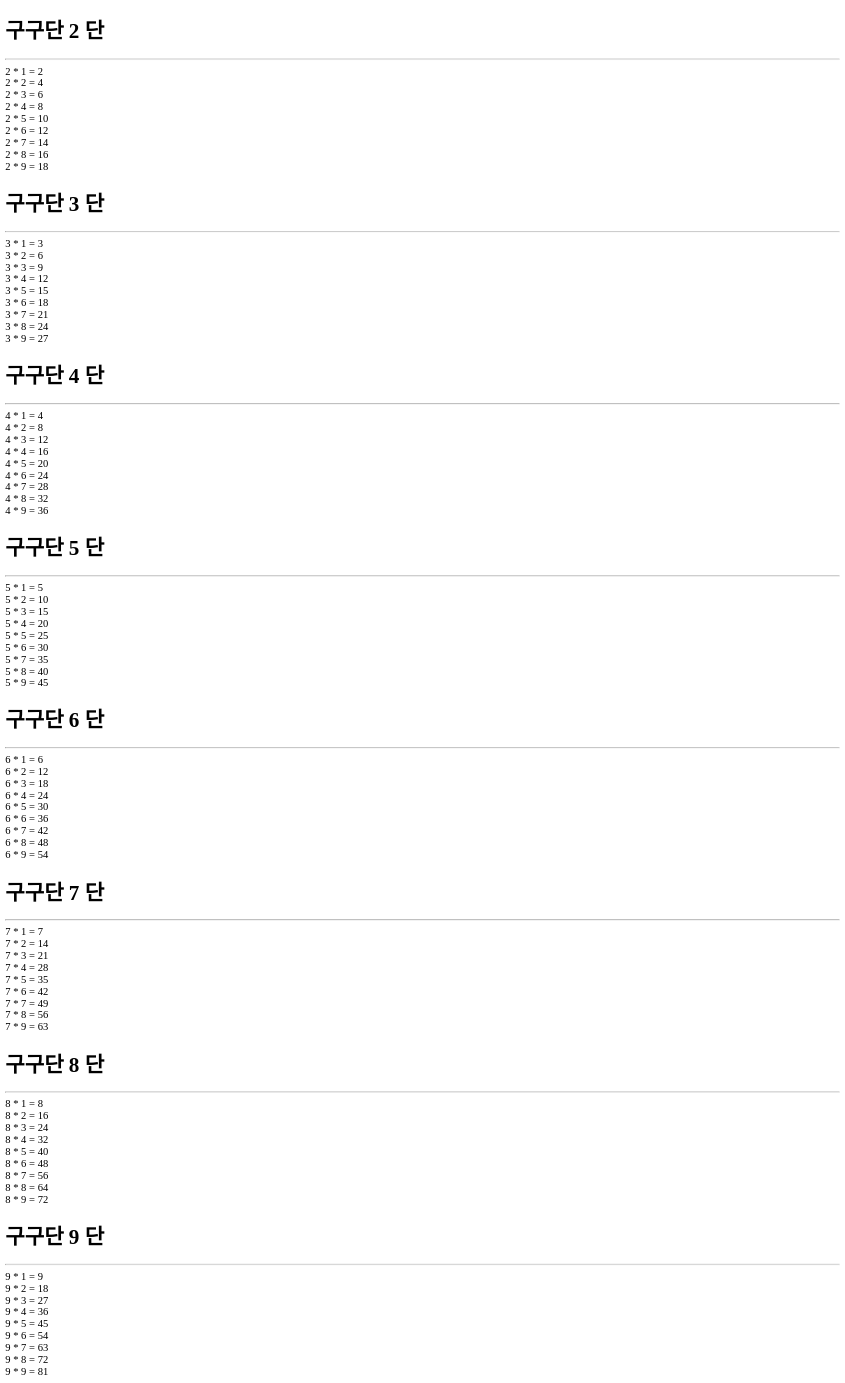
Repository: GITJIWOO/JavaBasic
Page: http://localhost/JSPBasic/gugudan.jsp
These files come from the project's save history. The page is drawn as it stood at one moment and after the next save; the edit follows.
The browser window is 1280 px wide. The pictures show the whole page, at 66% of full size.
The page is served by Tomcat 9.

Above is the page before, as saved 2021-07-29 03:26:24.

After the next save:
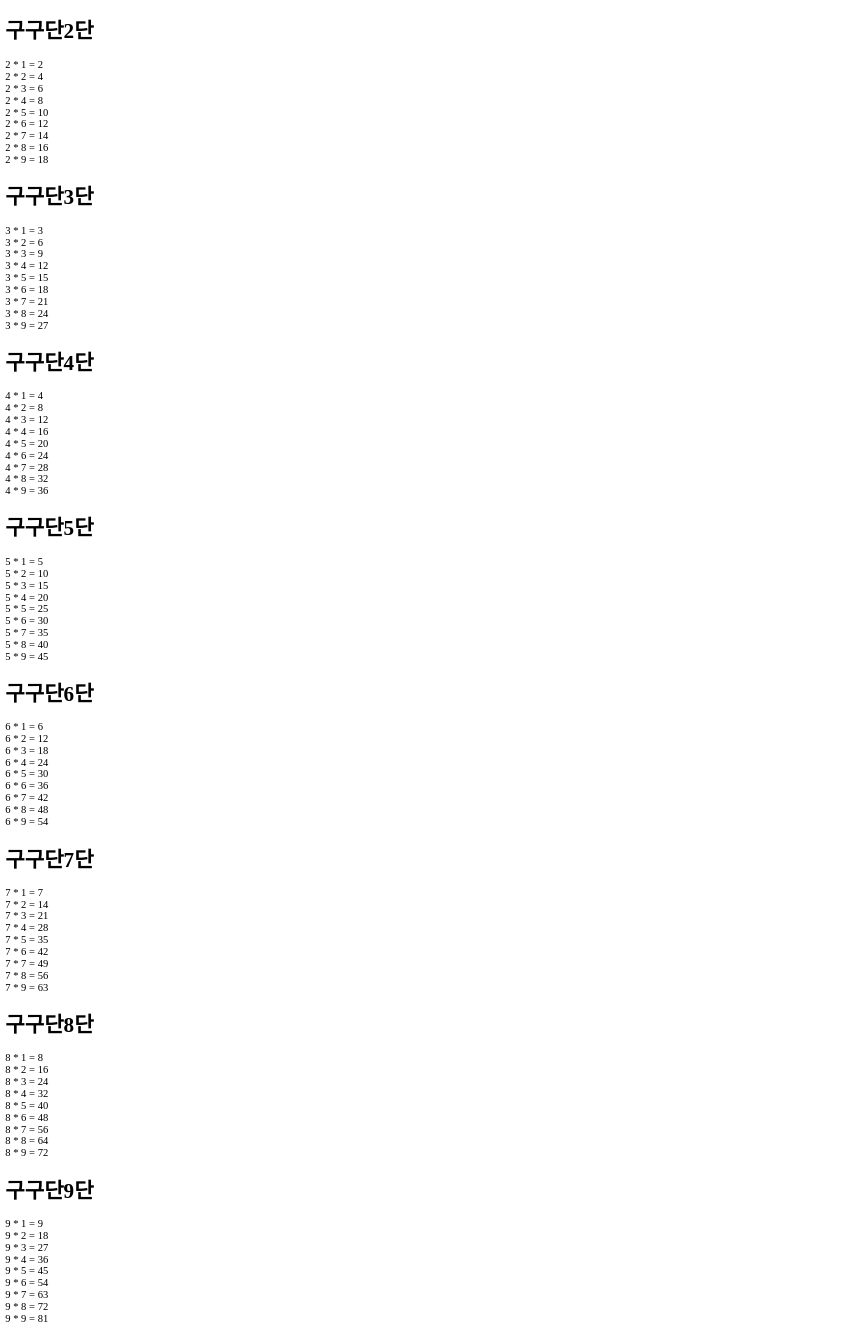
Saved 11 min 35 s later.
--- a/JSPBasic/WebContent/gugudan.jsp
+++ b/JSPBasic/WebContent/gugudan.jsp
@@ -9,10 +9,7 @@
 <body>
 	<%
 	for(int i = 2; i <= 9; i++) {
-	%>
-	<h1>구구단 <% out.println(i); %>단</h1>
-	<hr>
-	<%
+		out.println("<h1>구구단" + i +"단</h1>");
 		for(int j = 1; j <= 9; j++) {
 		out.println(i + " * " + j + " = " + (j * i) + "<br>");
 		}
